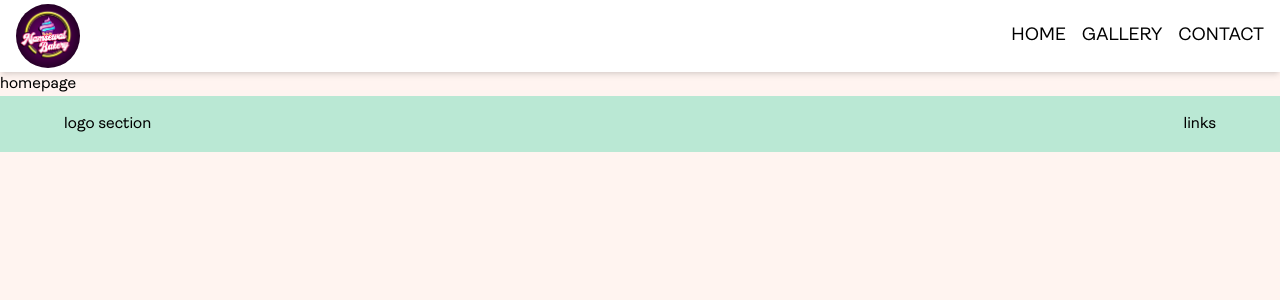
Repository: nabinkatwal7/namsewal
Page: /
These files come from the project's save history. The page is drawn as it stood at one moment and after a run of saves; the edit follows.
The browser window is 1280 px wide. The pictures show the whole page.
The project was rebuilt for these pictures with package versions that can differ from the ones it lists, and the page was loaded fresh each time. The framework's server and built-in components were replaced by stand-ins that run in the browser. Also part of the build but not shown: next.config.mjs.

Above is the page before, as saved 2024-08-27 10:16:19.

### app/layout.tsx
import type { Metadata } from "next";
import { Inter } from "next/font/google";
import "./globals.css";
import Header from "@/components/ui/Header";
import Footer from "@/components/ui/Footer";

const inter = Inter({ subsets: ["latin"] });

export const metadata: Metadata = {
  title: `Namsewal Bakery`,
  description: ``,
};

export default function RootLayout({
  children,
}: Readonly<{
  children: React.ReactNode;
}>) {
  return (
    <html lang="en">
      <link rel="icon" href="/favicon.ico" sizes="any" />
      <body className={inter.className}>
        <div className="relative overflow-x-hidden font-ambit">
          <Header />
          {children}
          <Footer />
        </div>
      </body>
    </html>
  );
}

### app/page.tsx
import HomeWrapper from "@/components/Home/HomeWrapper";

export default function Home() {
  return <HomeWrapper />;
}

### app/globals.css
@tailwind base;
@tailwind components;
@tailwind utilities;

@font-face {
  font-family: "ambit";
  src: url("/fonts/Ambit.otf") format("truetype");
}

.ambit {
  font-family: "ambit";
}

body {
  font-family: "ambit";

  background-color: #fff4f0;
}

### components/ui/Header.tsx
import Image from "next/image";
import Link from "next/link";

const links = [
  {
    id: 1,
    name: "Home",
    href: "/",
  },
  {
    id: 2,
    name: "Gallery",
    href: "/gallery",
  },
  {
    id: 3,
    name: "Contact",
    href: "/contact",
  },
];

const Header = () => {
  return (
    <>
      <div className="sticky top-0 z-50 hidden items-center justify-between bg-white px-4 py-1 shadow-md lg:flex">
        <Image
          src="/assets/logo.jpg"
          alt="namsewal bakery"
          width={80}
          height={80}
          className="size-16 rounded-full"
        />
        <div className="flex flex-row items-center gap-4 text-lg uppercase">
          {links?.map((link) => (
            <Link key={link.id} href={link.href} className="hover:underline">
              {link.name}
            </Link>
          ))}
        </div>
      </div>
    </>
  );
};

export default Header;

### components/ui/Footer.tsx
import React from "react";

const Footer = () => {
  return (
    <div className="bg-[#bae8d4] px-16 py-4 flex flex-row justify-between">
      <div>logo section</div>
      <div>links</div>
    </div>
  );
};

export default Footer;

### components/Home/HomeWrapper.tsx
import React from "react";

const HomeWrapper = () => {
  return <div>homepage</div>;
};

export default HomeWrapper;

### tailwind.config.ts
import type { Config } from "tailwindcss";

const config: Config = {
  content: [
    "./pages/**/*.{js,ts,jsx,tsx,mdx}",
    "./components/**/*.{js,ts,jsx,tsx,mdx}",
    "./app/**/*.{js,ts,jsx,tsx,mdx}",
  ],
  theme: {
    extend: {
      backgroundImage: {
        "gradient-radial": "radial-gradient(var(--tw-gradient-stops))",
        "gradient-conic":
          "conic-gradient(from 180deg at 50% 50%, var(--tw-gradient-stops))",
      },
      fontFamily: {
        ambit: ["ambit", "sans-serif"],
      },
    },
  },
  plugins: [],
};
export default config;

After the next 2 saves:
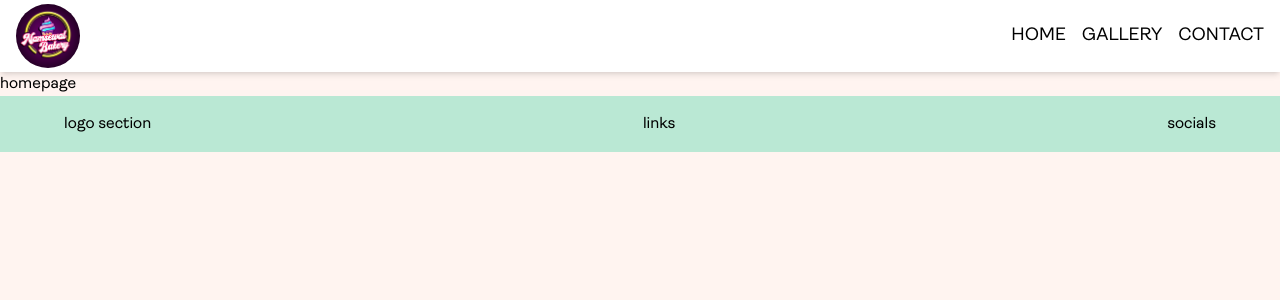
The 2 saves are shown as one change because they came seconds apart.
The last was saved 7 s later.
--- a/components/ui/Footer.tsx
+++ b/components/ui/Footer.tsx
@@ -5,6 +5,7 @@
     <div className="bg-[#bae8d4] px-16 py-4 flex flex-row justify-between">
       <div>logo section</div>
       <div>links</div>
+      <div>socials</div>
     </div>
   );
 };
